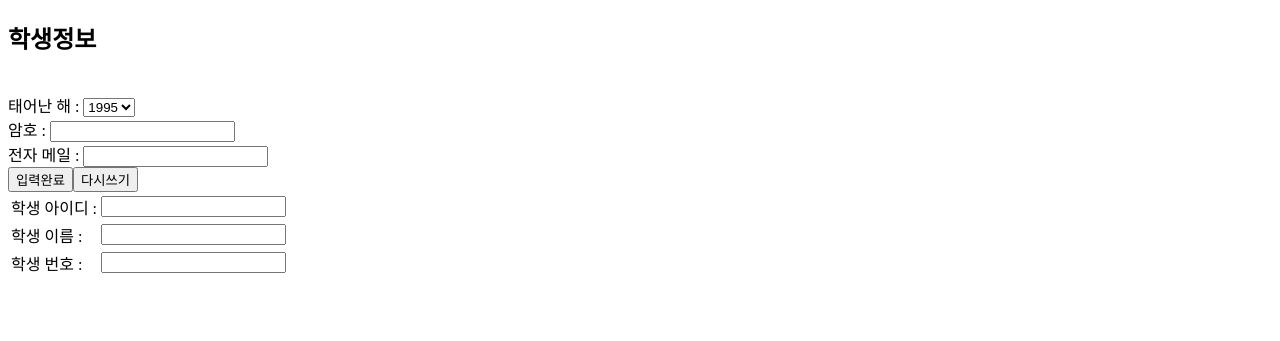
Repository: sunyeongan/Univ_lecture
Page: WebSever_2022/work/week12/week12/src/main/webapp/form2.html
The author's editor kept a copy of each file at every save. The page is drawn from the files as they stood at one save, then again after the next save.
The browser window is 1280 px wide. The pictures show the whole page.

Above is the page before, as saved 2022-05-17 02:14:30.

### WebSever_2022/work/week12/week12/src/main/webapp/form2.html
<!DOCTYPE html>
<html>
<head>
<meta http-equiv="Content-Type" content="text/html;charset=EUC-KR">
<title>학생 </title>
</head>
<body>
	<h2> 학생정보 </h2>
	<form method = post action = form.jsp>
	<table>
	<tr><td>학생 아이디 : </td> <td><input type = text name = id ></td></tr>
	<tr><td>학생 이름  : </td> <td><input type = text name = Sname></td></tr>
	<tr><td>학생 번호 : </td> <td><input type = text name = call></td></tr><br>
	태어난 해 : <select>
				<option>1995</option>
				<option>1996</option>
			</select><br>
	암호 : <input type = password name = pw><br>
	전자 메일 : <input type = "text" name = mail><br>
	<input type="submit" value = "입력완료">
	<input type="submit" value = "다시쓰기">
	</table>

	</form>


</body>
</html>

After the next save:
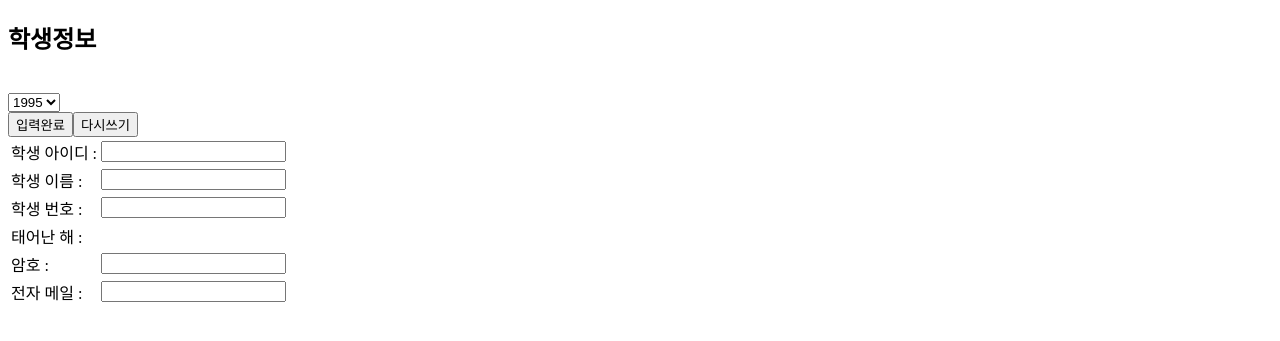
Saved 44 s later.
--- a/WebSever_2022/work/week12/week12/src/main/webapp/form2.html
+++ b/WebSever_2022/work/week12/week12/src/main/webapp/form2.html
@@ -11,12 +11,12 @@
 	<tr><td>학생 아이디 : </td> <td><input type = text name = id ></td></tr>
 	<tr><td>학생 이름  : </td> <td><input type = text name = Sname></td></tr>
 	<tr><td>학생 번호 : </td> <td><input type = text name = call></td></tr><br>
-	태어난 해 : <select>
+	<tr><td>태어난 해 : </td><select>
 				<option>1995</option>
 				<option>1996</option>
-			</select><br>
-	암호 : <input type = password name = pw><br>
-	전자 메일 : <input type = "text" name = mail><br>
+			</select></tr>
+	<tr><td>암호 : </td> <td><input type = password name = pw></td></tr>
+	<tr><td>전자 메일 : </td> <td><input type = "text" name = mail></td><br>
 	<input type="submit" value = "입력완료">
 	<input type="submit" value = "다시쓰기">
 	</table>
